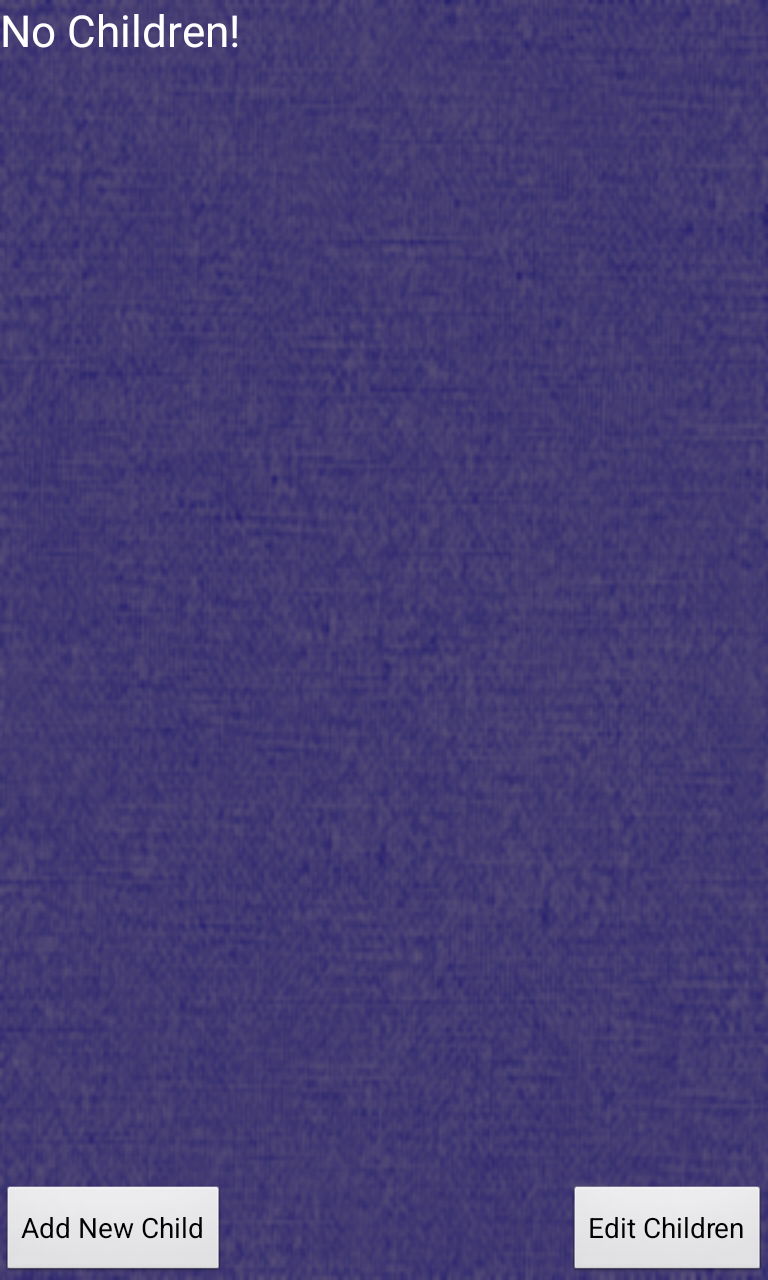
Repository: samanamp/RR-Controller
Layout: RRC app/res/layout/activity_child_setting.xml
The author's editor kept a copy of each file at every save. The layout is drawn from the files as they stood at one save, then again after the next save.
It is drawn on a 768 x 1280 px phone screen (xhdpi) without system bars, with theme AppTheme; the app's code is not run.

Above is the layout before, as saved 2012-08-09 12:24:17.

### RRC app/res/layout/activity_child_setting.xml
<RelativeLayout xmlns:android="http://schemas.android.com/apk/res/android"
    xmlns:tools="http://schemas.android.com/tools"
    android:layout_width="match_parent"
    android:layout_height="match_parent"
    android:background="@drawable/bg_menu" >

    <TextView
        android:id="@+id/textView1"
        android:layout_width="wrap_content"
        android:layout_height="wrap_content"
        android:layout_alignParentLeft="true"
        android:layout_alignParentTop="true"
         android:textColor="#ffffff"
        android:text="No Children!"
        android:textAppearance="?android:attr/textAppearanceLarge"
        />

    <Button
        android:id="@+id/button1"
        android:layout_width="wrap_content"
        android:layout_height="wrap_content"
        android:layout_alignParentBottom="true"
        android:layout_alignParentLeft="true"
        android:onClick="newChild"
        android:text="Add New Child" />

    <Button
        android:id="@+id/button2"
        android:layout_width="wrap_content"
        android:layout_height="wrap_content"
        android:layout_alignParentBottom="true"
        android:layout_alignParentRight="true"
        android:onClick="editChild"
        android:text="Edit Children" />

</RelativeLayout>

Loaded but not shown: RRC app/res/values/styles.xml (common file)

After the next save:
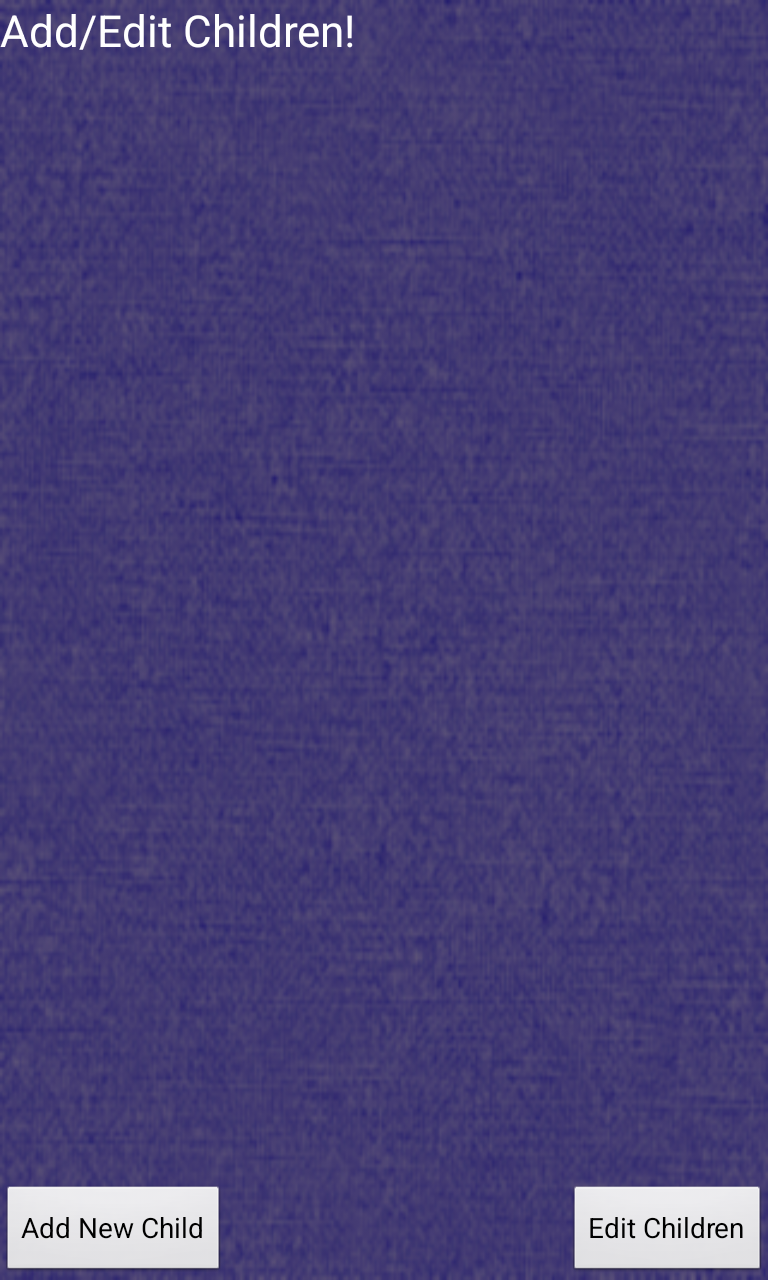
Saved 63 min 22 s later.
--- a/RRC app/res/layout/activity_child_setting.xml
+++ b/RRC app/res/layout/activity_child_setting.xml
@@ -3,17 +3,6 @@
     android:layout_width="match_parent"
     android:layout_height="match_parent"
     android:background="@drawable/bg_menu" >
-
-    <TextView
-        android:id="@+id/textView1"
-        android:layout_width="wrap_content"
-        android:layout_height="wrap_content"
-        android:layout_alignParentLeft="true"
-        android:layout_alignParentTop="true"
-         android:textColor="#ffffff"
-        android:text="No Children!"
-        android:textAppearance="?android:attr/textAppearanceLarge"
-        />
 
     <Button
         android:id="@+id/button1"
@@ -33,4 +22,14 @@
         android:onClick="editChild"
         android:text="Edit Children" />
 
+    <TextView
+        android:id="@+id/textView1"
+        android:layout_width="wrap_content"
+        android:layout_height="wrap_content"
+        android:layout_alignParentLeft="true"
+        android:layout_alignParentTop="true"
+        android:text="Add/Edit Children!"
+        android:textAppearance="?android:attr/textAppearanceLarge"
+        android:textColor="#ffffff" />
+
 </RelativeLayout>
